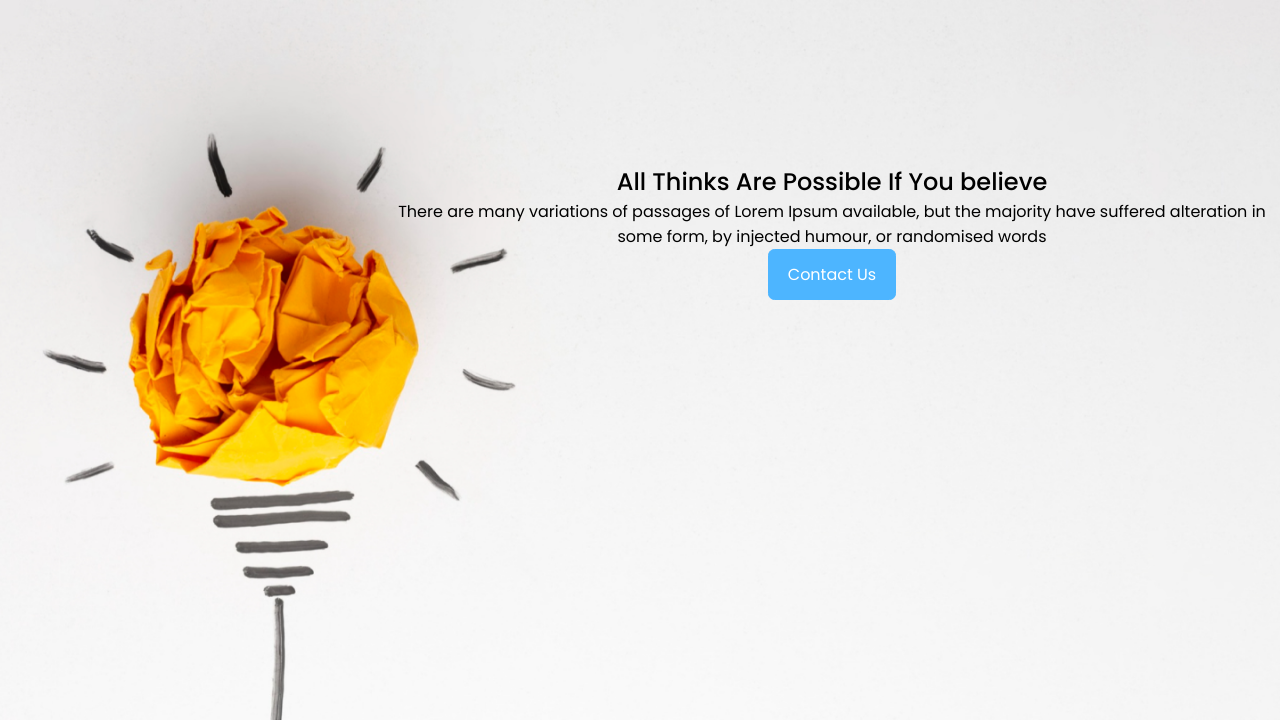
Repository: mdrubel02/new-year-new-mission
Page: index.html
An editor plug-in stored every save of this project. The page is shown before and after the next save, followed by the edit.
The browser window is 1280 px wide. The pictures show the whole page.

Above is the page before, as saved 2023-01-06 22:19:56.

After the next save:
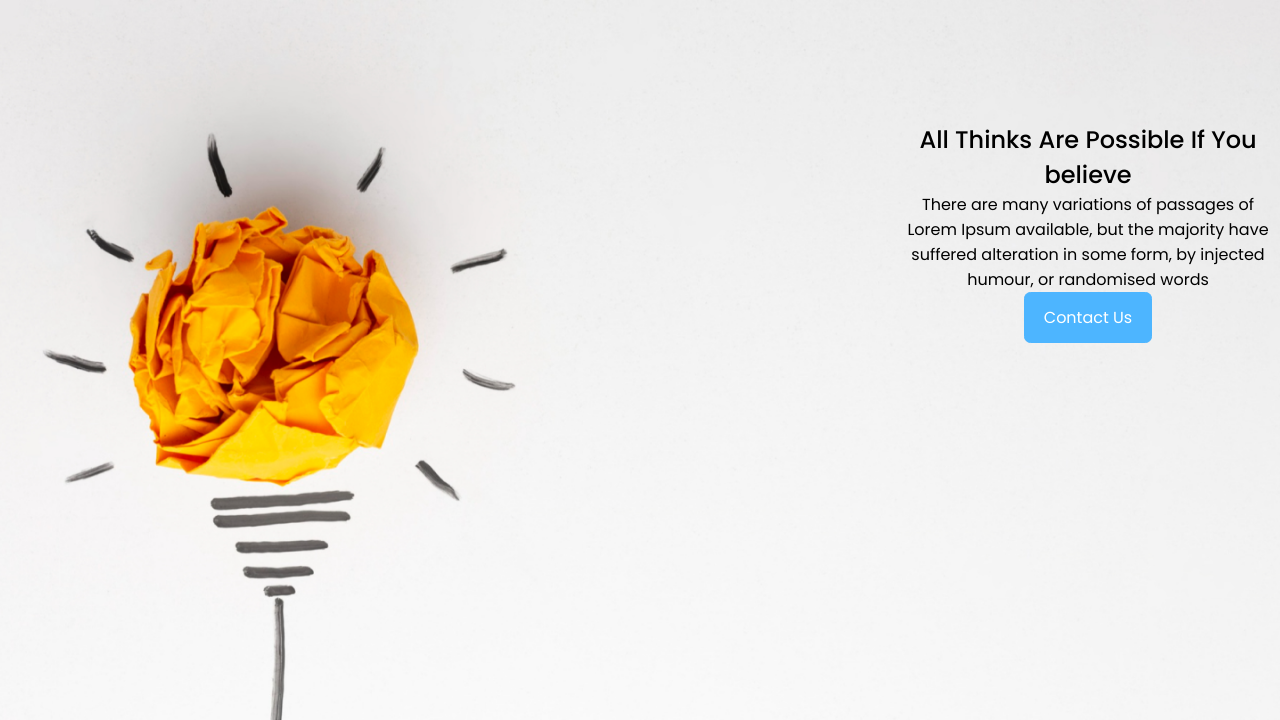
Saved 14 s later.
--- a/index.css
+++ b/index.css
@@ -79,6 +79,6 @@ a:hover {
     text-align: center;
 }
 .banner{
-    width: 70%;
+    width: 30%;
    margin-top: -20%;
 }
